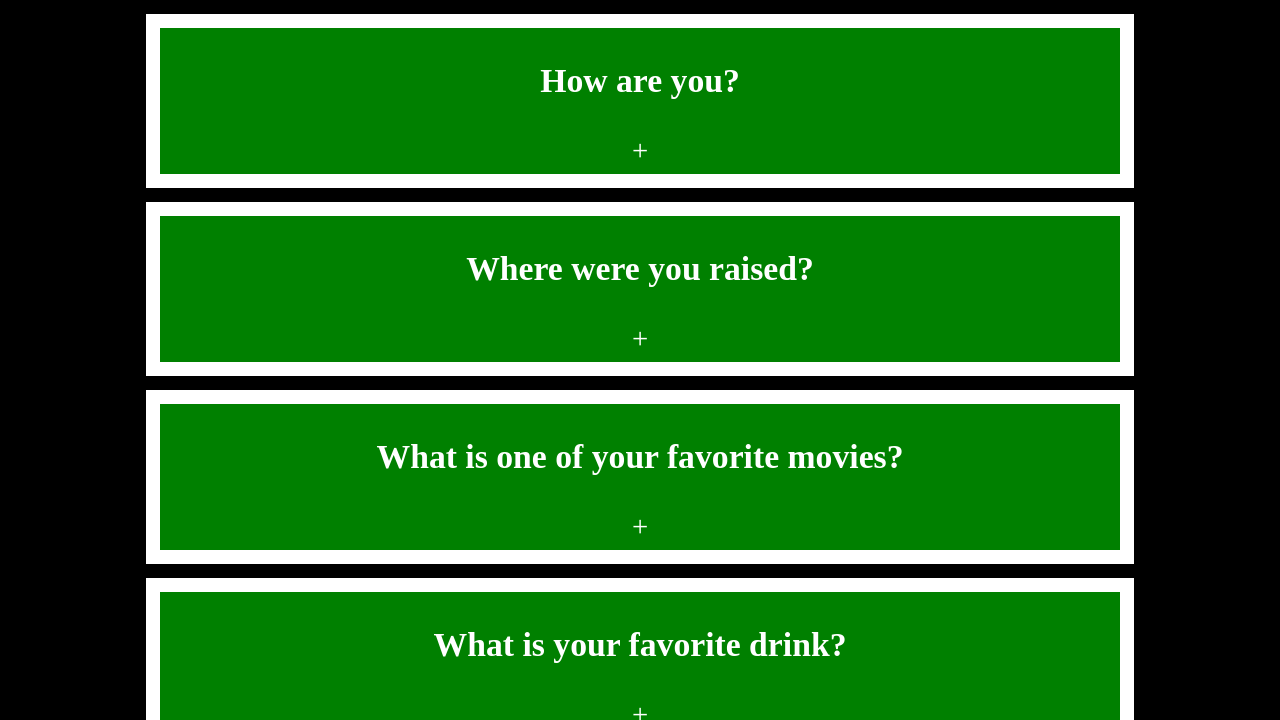
Repository: kosenijr/react-projects
Page: / (app in accordion/)
The author's editor kept a copy of each file at every save. The page is drawn from the files as they stood at one save, then again after a run of saves.
The browser window is 1280 px wide. The pictures show the whole page.
The project was rebuilt for these pictures with package versions that can differ from the ones it lists, and the page was loaded fresh each time.

Above is the page before, as saved 2024-03-02 22:59:33.

After the next 2 saves:
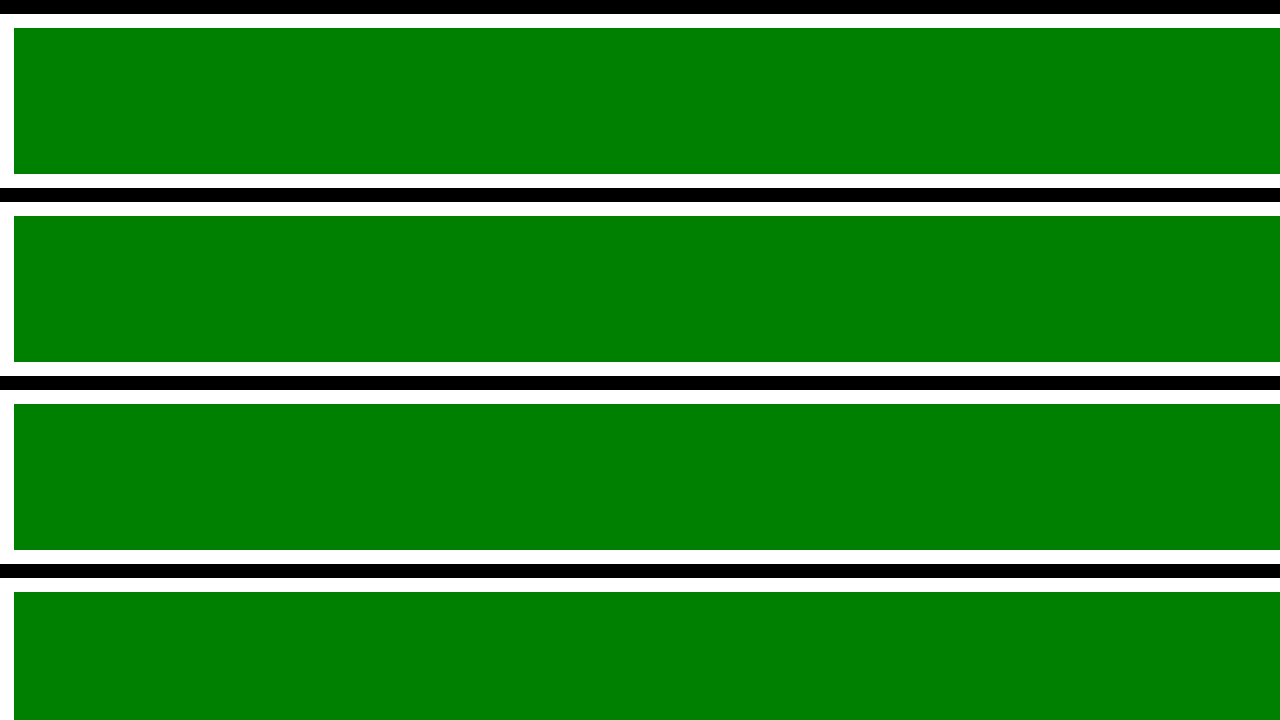
The 2 saves are shown as one change because they came seconds apart.
The last was saved 13 s later.
--- a/accordion/src/styles/SingleSelection.css
+++ b/accordion/src/styles/SingleSelection.css
@@ -14,7 +14,7 @@
   font-family: "Raleway", "Times New Roman";
   margin: 2vh auto;
   padding-bottom: 1vh;
-  width: 75vw;
+  width: 5075vw;
   border: 0.5em solid white
 }
 

After the save that followed:
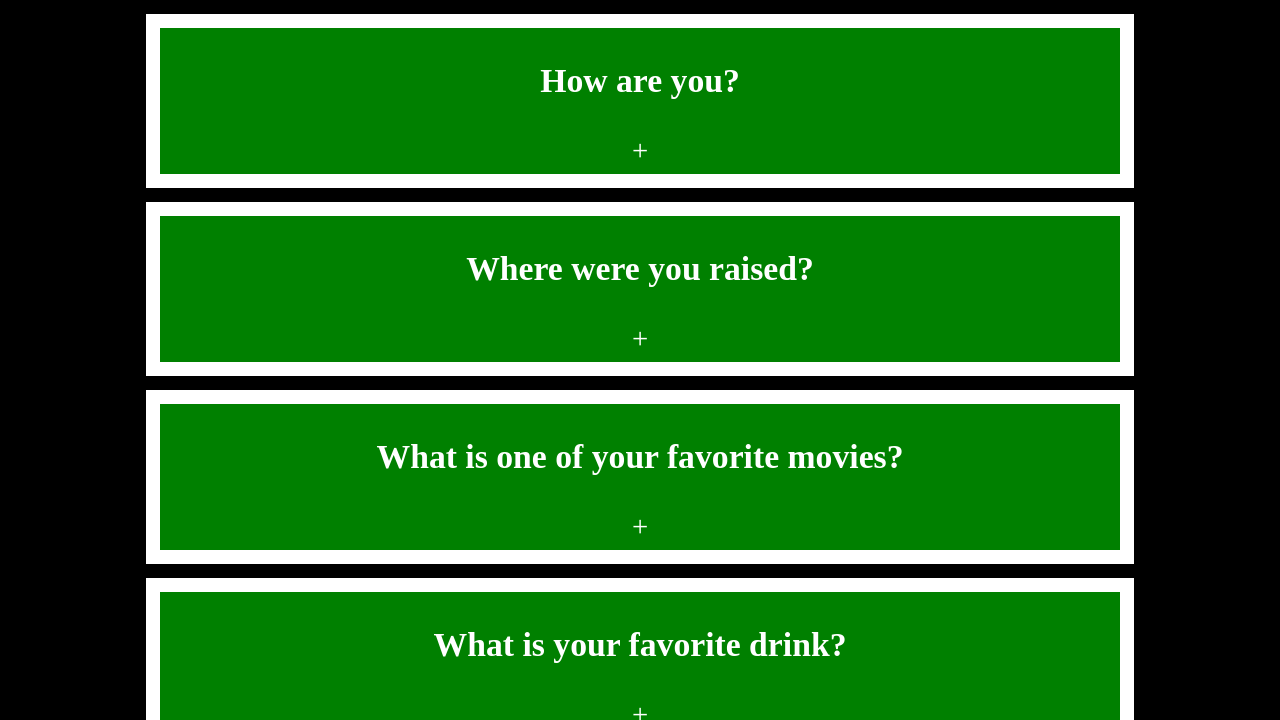
Saved 4 s later.
--- a/accordion/src/styles/SingleSelection.css
+++ b/accordion/src/styles/SingleSelection.css
@@ -14,7 +14,7 @@
   font-family: "Raleway", "Times New Roman";
   margin: 2vh auto;
   padding-bottom: 1vh;
-  width: 5075vw;
+  width: 75vw;
   border: 0.5em solid white
 }
 
